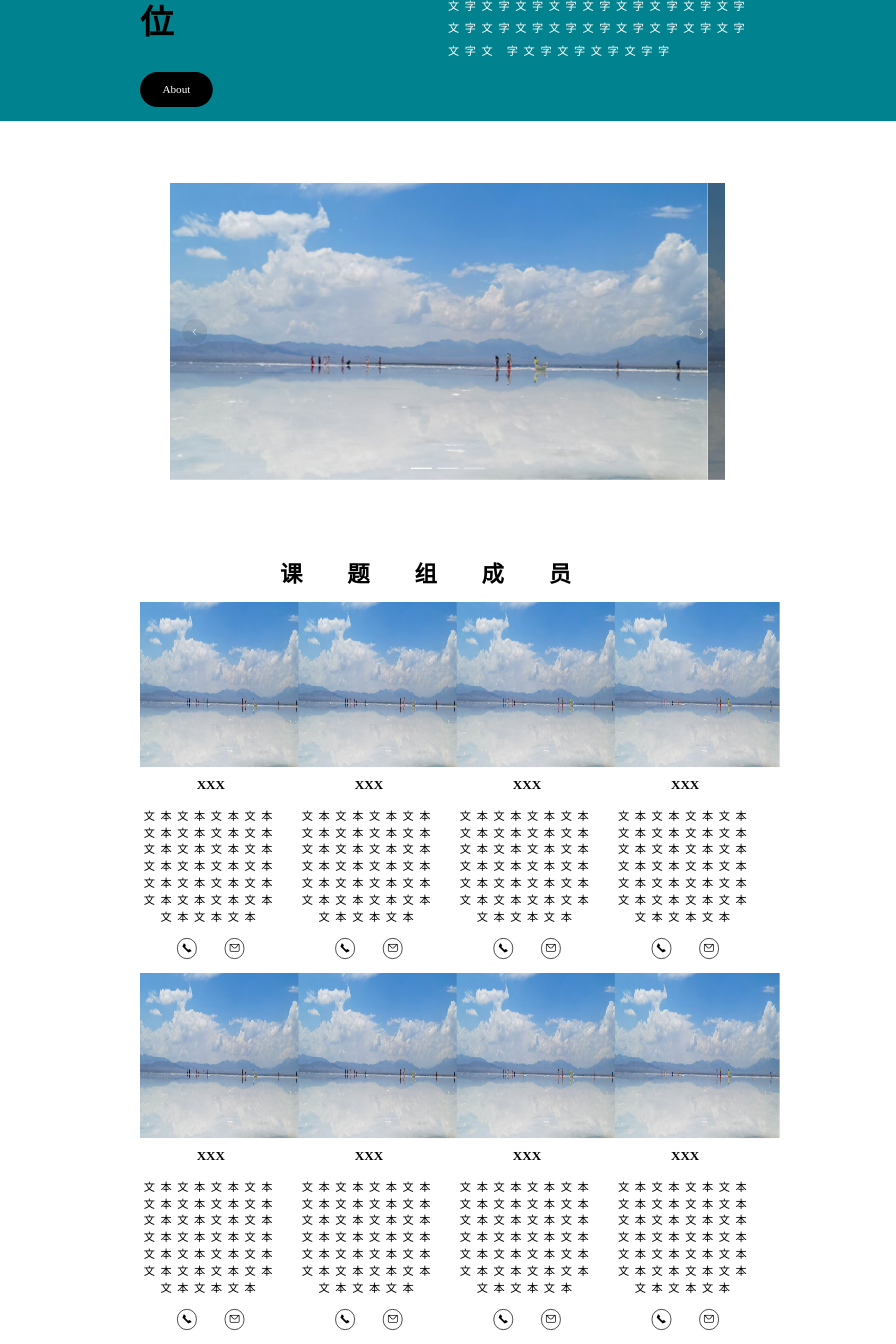
Repository: BLSY/xzust
Page: /
An editor plug-in stored every save of this project. The page is shown before and after the next save, followed by the edit.
The browser window is 1280 px wide. The pictures show the part of the page from y = 1120 to 3040 px (the page is 3040 px tall before and 2992 px after), at 70% of full size.
The project was rebuilt for these pictures with package versions that can differ from the ones it lists, and the page was loaded fresh each time.

Above is the page before, as saved 2022-11-27 11:59:15.

### index.html
<!DOCTYPE html>
<html>
  <head>
    <meta charset="utf-8">
    <meta name="viewport" content="width=device-width,initial-scale=1.0">
    <title>student</title>
  </head>
  <body style="margin:0;">
    <div id="app"></div>
    <!-- built files will be auto injected -->
  </body>
</html>

### src/main.js
// The Vue build version to load with the `import` command
// (runtime-only or standalone) has been set in webpack.base.conf with an alias.
import Vue from 'vue'
import App from './App'
import ElementUI from 'element-ui';
import 'element-ui/lib/theme-chalk/index.css';
import router from './router'

Vue.use(ElementUI);
Vue.config.productionTip = false

/* eslint-disable no-new */
new Vue({
  el: '#app',
  router,
  components: { App },
  template: '<App/>'
})

### src/App.vue
<template>
  <div id="app">
    <router-view/>
  </div>
</template>

<script>
export default {
  name: 'App'
}
</script>

<style>
#app {

}
</style>

### src/components/HelloWorld.vue
<template>
  <div class="indexBox">
    <div class="nav">
      <div class="login">LOGO</div>
      <div class="navList">
        <el-menu
          :default-active="activeIndex2"
          class="el-menu-demo"
          mode="horizontal"
          @select="handleSelect"
          background-color="#fff"
          text-color="#00356B"
          active-text-color="#fff"
        >
          <el-menu-item index="1">首页</el-menu-item>
          <el-submenu index="2">
            <template slot="title">业绩成果</template>
            <el-menu-item index="2-1">选项1</el-menu-item>
            <el-menu-item index="2-2">选项2</el-menu-item>
            <el-menu-item index="2-3">选项3</el-menu-item>
          </el-submenu>
          <el-menu-item index="3">在研工作</el-menu-item>
          <el-menu-item index="4">服务咨询</el-menu-item>
          <el-menu-item index="5">联系我们</el-menu-item>
        </el-menu>
      </div>
      <div class="serch">
        <el-input
          placeholder="请输入内容"
          prefix-icon="el-icon-search"
          v-model="input2"
        >
        </el-input>
      </div>
    </div>
    <div class="top">
      <div class="toptext">
        <h3 class="h-text">西藏农牧学院水利水电工程</h3>
        <h3 class="h-text" >郭永刚老师课题组</h3>
        <div class="detil">
          文字文字文字文字文字文字文字文字文字文字文字文字文字文字文字文字文字文字文字文字文字文字文字文字文字文字文字文字文字文字
        </div>

      </div>
      <div class="starvidio">
        </div>
    </div>
    <div class="team">
      <div class="team-left">
        <div class="line"></div>
        <h3 class="team-title">团队简介</h3>
        <div class="team-icon">About</div>
      </div>
      <div class="team-right">
        <div class="team-text">
          文字文字文字文字文字文字文字文字文字文字文字文字文字文字文字文字文字文字文字文字文字文字文字文字文字文字文字文
          字文字文文字文字文字文字文字文字文字文字文字文字文字文字文字文字文字文字文字文字文字文字文字文字文字文字文字文
          字文字文字文字文字字
        </div>

      </div>
    </div>
     <div class="cooperation">
      <div class="cooperation-left">
        <div class="line"></div>
        <h3 class="cooperation-title">合作单位</h3>
        <div class="cooperation-icon">About</div>
      </div>
      <div class="cooperation-right">
        <div class="cooperation-text">
          文字文字文字文字文字文字文字文字文字文字文字文字文字文字文字文字文字文字文字文字文字文字文字文字文字文字文字文
          字文字文文字文字文字文字文字文字文字文字文字文字文字文字文字文字文字文字文字文字文字文字文字文字文字文字文字文
          字文字文字文字文字字
        </div>

      </div>
    </div>
    <div class="preject">
      <div class="carousel">
         <el-carousel :interval="5000" arrow="always" height="425px">
          <el-carousel-item v-for="(item,index) in imgList" :key="index">
            <img :src="item.idView"  class="image">
          </el-carousel-item>
        </el-carousel>
      </div>

    </div>
    <div class="group">
      <h3 class="group-title">课题组成员</h3>
      <div class="showMessage" >
        <div class="show-item" v-for="(item,index) in groupList" :key="index">
          <el-image
            style="width: 236px; height: 236px"
            :src="item.imgs"
            :fit="fit"></el-image>
            <h3>{{item.name}}</h3>
            <div class="show-detile">
              {{item.detail}}
            </div>
            <div class="show-icon">
              <div class="icon-circle">
                <i class="el-icon-phone"></i>
              </div>
              <div class="icon-circle">
                <i class="el-icon-message"> </i>
              </div>
            </div>
        </div>
      </div>
    </div>
  </div>
</template>

<script>
export default {
  name: "HelloWorld",
  data() {
    return {
      activeIndex2: "1",
      input2: "",
      imgList:[
        {idView:require('../assets/preject.jpg')},
        {idView:require('../assets/black-preject.jpg')},
        {idView:require('../assets/topbackg.jpg')}
      ],
      groupList:[
        {imgs: require('../assets/preject.jpg'),name:'XXX',detail:'文本文本文本文本文本文本文本文本文本文本文本文本文本文本文本文本文本文本文本文本文本文本文本文本文本文本文本'},
        {imgs: require('../assets/preject.jpg'),name:'XXX',detail:'文本文本文本文本文本文本文本文本文本文本文本文本文本文本文本文本文本文本文本文本文本文本文本文本文本文本文本'},
        {imgs: require('../assets/preject.jpg'),name:'XXX',detail:'文本文本文本文本文本文本文本文本文本文本文本文本文本文本文本文本文本文本文本文本文本文本文本文本文本文本文本'},
        {imgs: require('../assets/preject.jpg'),name:'XXX',detail:'文本文本文本文本文本文本文本文本文本文本文本文本文本文本文本文本文本文本文本文本文本文本文本文本文本文本文本'},
        {imgs: require('../assets/preject.jpg'),name:'XXX',detail:'文本文本文本文本文本文本文本文本文本文本文本文本文本文本文本文本文本文本文本文本文本文本文本文本文本文本文本'},
        {imgs: require('../assets/preject.jpg'),name:'XXX',detail:'文本文本文本文本文本文本文本文本文本文本文本文本文本文本文本文本文本文本文本文本文本文本文本文本文本文本文本'},
        {imgs: require('../assets/preject.jpg'),name:'XXX',detail:'文本文本文本文本文本文本文本文本文本文本文本文本文本文本文本文本文本文本文本文本文本文本文本文本文本文本文本'},
        {imgs: require('../assets/preject.jpg'),name:'XXX',detail:'文本文本文本文本文本文本文本文本文本文本文本文本文本文本文本文本文本文本文本文本文本文本文本文本文本文本文本'}
        ]
    };
  },
  props: {
    msg: String,
  },
  methods: {
    handleSelect(key, keyPath) {
      console.log(key, keyPath);
    },
  },
};
</script>

<!-- Add "scoped" attribute to limit CSS to this component only -->
<style scoped >
*{
  list-style: none;
  box-sizing: border-box;
}
h3{
  margin: 0;
  padding: 0;
  margin: 10px 0;
}
html{
  font-size: 16px;
}
.indexBox {
  width: 100%;
  height: 100%;
  position: relative;
  box-sizing: border-box;
}
.nav {
  display: flex;
  align-items: center;
  justify-content: center;
  padding: 0 200px;
}
.login {
  flex: 1;
  display: inline-block;
  font-size: 3em;
  font-weight: bold;
  color: #00356B;
  font-family: MicrosoftYaHei;
  margin-right: 100px;
}
.navList{
  flex: 4;
  display: inline-block;
  min-width:55%;
  font-size: 2em;
}
.serch{
  flex: 1;
  display: inline-block;
  margin-left:30px ;
}
.el-menu-item.is-active{
  background: #00356B !important;
}
.top{
  box-sizing: border-box;
  background: url(../assets/topbackg.jpg) no-repeat;
  background-size:100% 100% ;
  position: relative;
  height: 500px;
  display: flex;
  align-items: center;
  justify-content: center;
  /* text-align: center; */
  overflow: hidden;
  padding: 0 200px;
}
  .toptext{
    display: inline-block;
    margin-top: 20px;
    width: 70%;
    text-align: left;
  }
  .h-text{
    display: inline-block;
    color: #00356B;
    font-size: 3em;
    letter-spacing:20px;
  }
  .detil{
    margin-top: 20px;
    display: inline-block;
    width:70%;
    font-size: 1em;
    text-align: left;
    letter-spacing: 0.5em;
    color:#333;
  }
  .starvidio{
    background: url(../assets/bapfang.png) no-repeat;
    background-size:100% 100% ;
    position: absolute;
    bottom: 20px;
    right: 60px;
    height: 60px;
    width: 60px;
  }
  .team{
    height: 366px;
    display: flex;
    flex-direction: row;
    align-items: center;
    justify-content: space-between;
    padding: 0 200px;
  }
  .team-left{
    height: 250px;
    flex: 1;
    text-align: cente;
    display: inline-block;
    vertical-align: top;
  }
  .team-right{
    height: 250px;
    flex: 1;
    display: inline-block;
    vertical-align: top;
  }
  .team-text{
    text-align: left;
   letter-spacing:0.5em;
   line-height: 2em;
  }
  .team-title{
    color: #00356B;
    font-size: 3em;
    letter-spacing:2em;
    margin: 40px 0;
  }
  .line{
    display: inline-block;
    margin: auto;
    width: 80%;
    border: 1px solid #5D0E8B;
  }
  .team-icon{
    text-align: center;
    width: 104px;
    height: 50px;
    line-height: 50px;
    color: #fff;
    font-size: 1em;
    background: #00356B;
    border-radius: 25px;
  }
  .cooperation{
    height: 366px;
    display: flex;
    background:#00838F ;
    flex-direction: row;
    align-items: center;
    justify-content: space-between;
    padding: 0 200px;
  }
   .cooperation-left{
    height: 250px;
    flex: 1;
    text-align: cente;
    display: inline-block;
    vertical-align: top;
  }
  .cooperation-right{
    height: 250px;
    flex: 1;
    display: inline-block;
    vertical-align: top;
  }
  .cooperation-text{
    text-align: left;
   letter-spacing:0.5em;
   line-height: 2em;
   color: #fff;
  }
  .cooperation-title{
    color: #000;
    font-size: 3em;
    letter-spacing:2em;
    margin: 40px 0;
  }

  .cooperation-icon{
    text-align: center;
    width: 104px;
    height: 50px;
    line-height: 50px;
    color: #fff;
    font-size: 1em;
    background: #000000;
    border-radius: 25px;
  }
.preject{
  /* height: 366px; */
  display: flex;
  justify-content: center;
  flex-direction: row;
  align-items: center;
  padding: 0 200px;
}
.carousel{
  margin: 88px auto;
  height: 425px;
  width: 90%;
}
/* 轮播图无图片样式 有图片可删除 */

  .image{
    width: 100%;
    height: inherit;
  }
  .group{
    text-align: center;
    display: flex;
    justify-content: center;
    flex-direction: column;
    align-items: center;
    padding: 0 200px;

  }
  .group-title{
    color: #000;
    font-size: 2em;
    letter-spacing:2em;
    margin: 20px 0;
  }
  .showMessage{
    display: flex;
    flex-direction: row;
    flex-wrap: wrap;
    align-items: center;
    justify-content: space-between;
  }
  .show-item{
    width: 23%;
    display: inline-block;
    margin-bottom: 20px;
  }
  .show-detile{
    font-size: 1em;
    letter-spacing:0.5em;
    margin: 20px 0;
  }
  .show-icon{
  }
  .icon-circle{
    margin: 0 20px;
    padding: 5px;
    font-size: 1em;
    border: 1px solid #000;
    border-radius: 1em;
    display: inline-block;
  }
</style>

Loaded but not shown: src/router/index.js (common file)

After the next save:
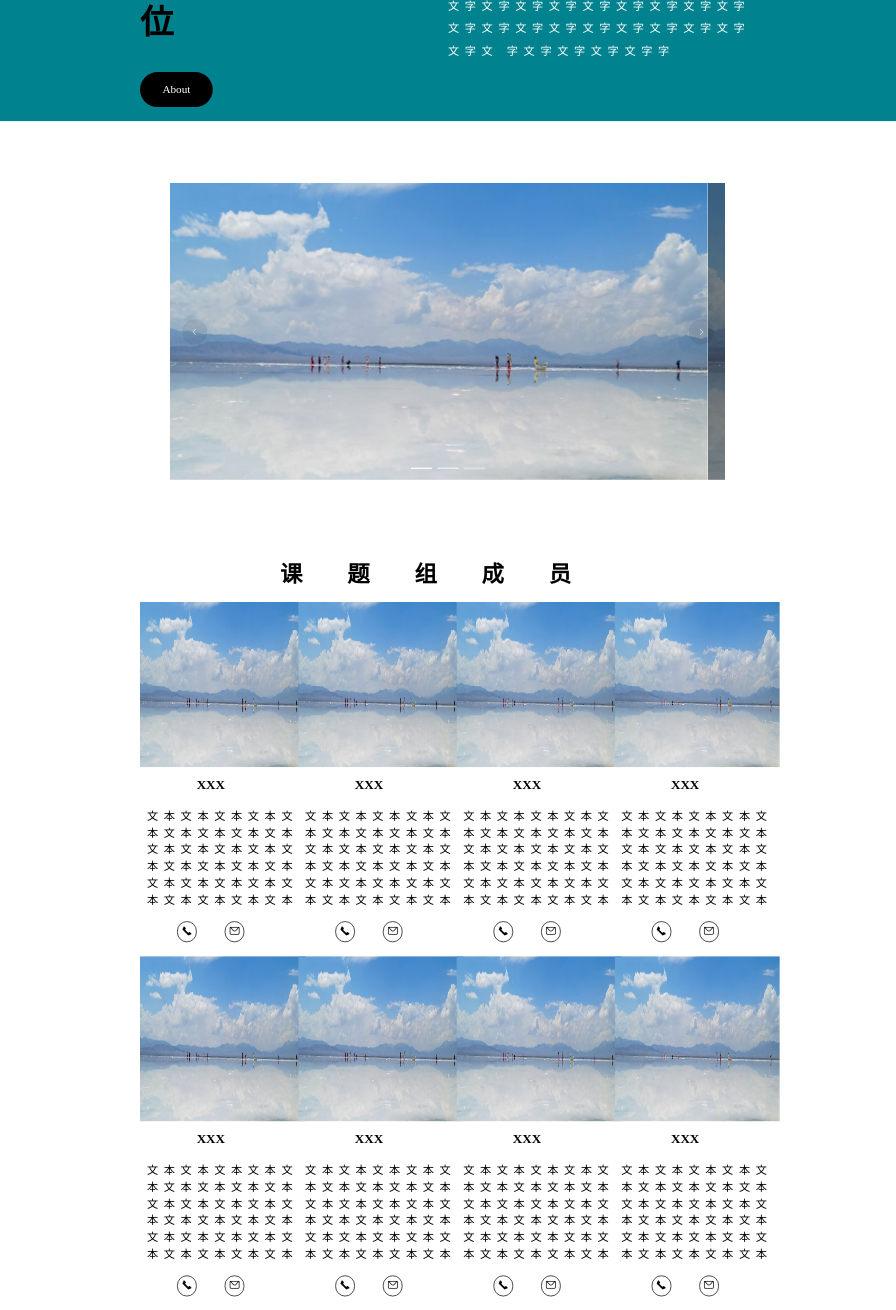
Saved 42 s later.
--- a/src/components/HelloWorld.vue
+++ b/src/components/HelloWorld.vue
@@ -378,6 +378,7 @@ html{
     margin-bottom: 20px;
   }
   .show-detile{
+    width: 236px;
     font-size: 1em;
     letter-spacing:0.5em;
     margin: 20px 0;
